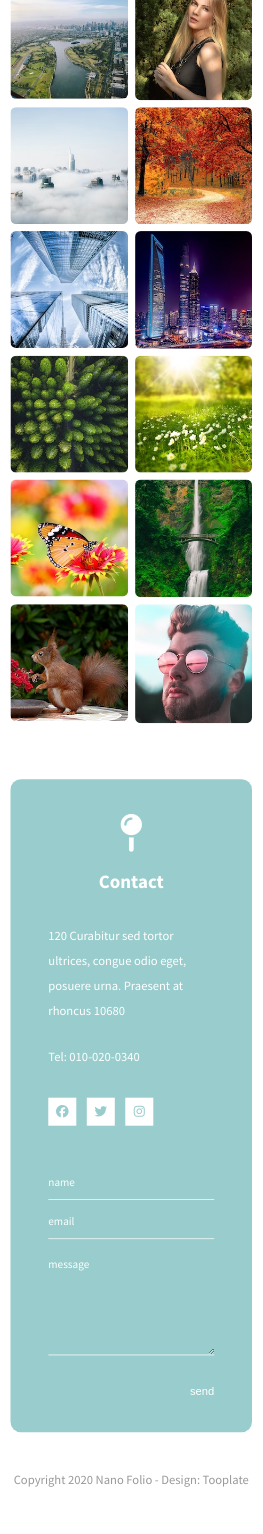
Repository: BuiVanVu102/Tooplate
Page: index.html
The author's editor kept a copy of each file at every save. The page is drawn from the files as they stood at one save, then again after the next save.
The browser window is 375 px wide. The pictures show the part of the page from y = 1573 to 3813 px (the page is 3765 px tall before and 3813 px after), at 70% of full size.
Some web libraries are served in a nearby version. The style sheet was rebuilt from its Sass, Less or Tailwind sources for each picture, by a compiler version that may differ from the author's.

Above is the page before, as saved 2021-11-17 13:47:46.

### index.html
<!DOCTYPE html>
<html lang="en">
<head>
	<meta charset="UTF-8">
	<meta http-equiv="X-UA-Compatible" content="IE=edge">
	<meta name="viewport" content="width=device-width, initial-scale=1.0">
	<link rel="preconnect" href="https://fonts.googleapis.com">
	<link rel="preconnect" href="https://fonts.gstatic.com" crossorigin>
	<link href="https://fonts.googleapis.com/css2?family=Source+Sans+Pro:wght@400;700&display=swap" rel="stylesheet">
	<link rel="stylesheet" href="./css/app.css">
	<title>Nano Folio - Live View</title>
</head>
<body>
		<div class="wrapper">
			<main>
				<section class="first">
					<div class="container">
						<div class="first__container">
							<i class="fas fa-heart fa-3x"></i>
							<h1 class="first__name">Nano Folio</h1>
						</div>
					</div>
				</section>
				<section class="about">
					<div class="container">
						<div class="about__container">
							<div class="about__heading">
								<i class="fas fa-users fa-2x"></i>
								<h2 class="about__name">
									About Us
								</h2>
							</div>
							<div class="about__desc">
								<p class="about__typography1">
									Nano Folio is simple HTML template with a minimal very light-weight custom CSS file. Max content width is 940 pixels. You can easily change the width or any part in this template. Gallery comes with a pop-up image and simple categories.
								</p>
								<p class="about__typography2">
									Please support Tooplate website by telling your friends about it. That is going to be very helpful for us. Feel free to <a rel="nofollow" href="https://www.tooplate.com/contact" target="_blank" style="color: #99FF66;">message us</a>  via email or live chat if you have anything to say.
								</p>
							</div>
						</div>
					</div>
				</section>
				<section class="show">
					<div class="container">
						<div class="show__container">
							<div class="show__header">
								<ul class="menu">
									<li class="menu__item"><a href="#!">City</a></li>
									<li class="menu__item"><a href="#!">Nature</a></li>
									<li class="menu__item"><a href="#!">Portraits</a></li>
									<li class="menu__item"><a href="#!">Show All</a></li>
								</ul>
							</div>
							<div class="show__list">
								<div class="show__img">
									<img src="./images/city-1.jpg" alt="">
								</div>
								<div class="show__img">
									<img src="./images/human-1.jpg" alt="">
								</div>
								<div class="show__img">
									<img src="./images/city-2.jpg" alt="">
								</div>
								<div class="show__img">
									<img src="./images/nature-1.jpg" alt="">
								</div>
								<div class="show__img">
									<img src="./images/city-3.jpg" alt="">
								</div>
								<div class="show__img">
									<img src="./images/city-4.jpg" alt="">
								</div>
								<div class="show__img">
									<img src="./images/nature-2.jpg" alt="">
								</div>
								<div class="show__img">
									<img src="./images/nature-3.jpg" alt="">
								</div>
								<div class="show__img">
									<img src="./images/nature-4.jpg" alt="">
								</div>
								<div class="show__img">
									<img src="./images/nature-5.jpg" alt="">
								</div>
								<div class="show__img">
									<img src="./images/nature-6.jpg" alt="">
								</div>
								<div class="show__img">
									<img src="./images/human-2.jpg" alt="">
								</div>

							</div>
						</div>
					</div>
				</section>
				<section class="form">
					<div class="container">
						<div class="form__container">
							<div class="form__submit">
								<input type="text" name="" id="" placeholder="name">
								<input type="email" name="" id="" placeholder="email">
								<textarea name="" id="" cols="30" rows="10" placeholder="message"></textarea>
								<button type="submit">send</button>
							</div>
							<div class="form__info">
								<address class="form__adress">120 Curabitur sed tortor ultrices, congue odio eget, posuere urna. Praesent at rhoncus 10680</address>
								<div class="form__phone">
									Tel: <a href="tel:0100200340" class="form__phone-link">010-020-0340</a>
								</div>
								<div class="form__network">
									<a href="https://facebook.com"><i class="fab fa-facebook"></i></a>
									<a href="https://twitter.com"><i class="fab fa-twitter"></i></a>
									<a href="https://instagram.com"><i class="fab fa-instagram"></i></a>

								</div>
							</div>
							<div class="form__contact">
								<i class="fas fa-map-pin fa-3x"></i>
								<h2 class="form__contact-text">
									Contact
								</h2>
							</div>
						</div>
					</div>
				</section>
			</main>
			<footer class="footer">
				<div class="container">
					<div class="footer__container">

					Copyright 2020 Nano Folio - Design: <a rel="sponsored" href="https://www.tooplate.com" class="footer__link">Tooplate</a>
					</div>
				</div>
			</footer>
		</div>
		<script src="https://kit.fontawesome.com/33b4a28a88.js" crossorigin="anonymous"></script>
</body>
</html>

### sass/app.scss
@import 'variable';
@import 'reset';
@import 'global';
@import 'first';
@import 'about';
@import 'show';
@import 'form';
@import 'footer';

### sass/_variable.scss
$font: 'Source Sans Pro', sans-serif;
$text-color: #ffff;
$title-color: #38cccc;

### sass/_reset.scss
html {
	box-sizing: border-box;
  }
  * {
	margin: 0;
	padding: 0;
  }
  *,
  *:before,
  *:after {
	box-sizing: border-box;
  }
  input,
  textarea,
  select,
  button {
	outline: none;
  }
  input {
	line-height: normal;
  }
  label,
  button {
	cursor: pointer;
  }
  a {
	text-decoration: none;
  }
  img {
	display: block;
	max-width: 100%;
  }

### sass/_global.scss
body {
	line-height: 2em;
	color: $font;
	font-size: 18px;
	font-family: $font;
	font-weight: 400;
	background-color: white;
	overflow-x: hidden;
}

.wrapper {
	max-width: 100%;
	margin: 0 auto;
}
.container {
	width: 100%;
	max-width: 970px;
	margin: 0 auto;
	padding: 0px 15px;
}

### sass/_first.scss
.first {
	margin-top: 60px;
	&__container{
		display: flex;
		flex-direction: column;
		justify-content: center;
		align-items: center;
		border-radius: 15px;
		max-width: 940px;
		height: 470px;
		background-color: #f96699;
		color: white;
		margin-bottom: 50px;

	}
	&__name {
		margin: 22px 0;
	}
}
.fa-hear:before {
	content: "\f004";
}

### sass/_about.scss
.about {
	margin-top: 0px;
	&__container {
		display: flex;
		// justify-content: center;
		// align-items: center
		padding: 50px 50px;
		margin-bottom: 80px;

		min-height: 482px;
		max-width: 940px;
		background-color: #38cccc;
		color: white;

		border-radius: 15px;
	}
	&__heading {
		display: flex;
		flex-direction: column;
		align-items: center;
		justify-content: center;

		// min-width: 420px;
		min-width: 50%;
		// min-height:382px;
	}
	&__name {
		margin:  22px 0;
		font-size: 1.5em;
		font-weight: bold;
	}
	&__decs {
		display: block;
		min-width: 50%;
	}
	&__typography1 {
		margin: 18px 0 40px;

		margin-block-start: 1em;
		margin-block-end: 1em;
		margin-inline-start: 0px;
		margin-inline-end: 0px;
	}
	&__typography2 {
		margin: 18px 0 0;

		margin-block-start: 1em;
		margin-block-end: 1em;
		margin-inline-start: 0px;
		margin-inline-end: 0px;
	}
}
.fa-user:before {
	content: "\f0c0";
}
@media screen and (max-width: 545px) {
	.about__container {
		display: flex;
		flex-direction: column;
	}
}

@media screen and (max-width: 375px) {

	.about__container {
		display: flex;
		flex-direction: column;

	}
}

### sass/_show.scss
.show {
	margin-bottom: 80px;
	&__container {
		display: block;
	}
	&__header {
		display: flex;
		justify-content: flex-end;
		align-items: center;
		margin-bottom: 40px;
		color: #38CCCC;
	}
	&__list {
		display: grid;
		grid-template-columns: repeat(4, 1fr);
		gap: 20px;

		position: relative;
	}
	&__img img{
		width: auto;
		height: auto;
		border-radius: 0.5rem;
	}

}

.menu {
	list-style: none;
	display: flex;
	align-items: center;
	gap:40px ;


	&__item a {
		color: inherit;
		font-size: 18px;
	}
	&__item a:focus{
		color: #f96699;
	}
}
@media screen and (max-width: 768px) {
	.show__header {
		display: flex;
		justify-content: flex-start;
	}
	.show__list {
		display: grid;
		grid-template-columns: repeat(3, 1fr);
		gap: 15px 15px;

	}
	.menu {
		margin-left: 36px;
	}

}
@media screen and (max-width: 545px) {
	.show__list {
		display: grid;
		grid-template-columns: repeat(2, 1fr);
		gap: 15px 15px;
	}
}

@media screen and (max-width: 375px) {
	.show__header {
		display: flex;

	}
	.show__list {
		display: grid;
		grid-template-columns: repeat(2, 1fr);
		gap: 10px 10px;
	}
	.show__img img{
		width: auto;
		height: auto;
	}
}

### sass/_form.scss
.form {
	margin-bottom: 50px;
	&__container {
		display: flex;
		justify-content: space-between;
		align-self: center;

		width: 100%;
		min-height: 438px;

		color: white;
		background-color: #99CCCC;

		padding: 50px 20px;

		border-radius: 15px;
	}
	&__submit {
		display: block;
		width: 40%;
	}
	&__submit  input{
		display: block;
		font-family: $font;
		font-size: 1rem;
		background: transparent;
		color: white;
		border: 0;
		border-bottom: 1px solid white;
		padding: 15px 0;
		margin-top: 5px;
		margin-bottom: 5px;
		width: 100%;
	}
	&__submit textarea {
		font-family: $font;
		font-size: 1rem;
		background:transparent;
		border: 0;
		border-bottom: 1px solid white;
		color: white;
		padding: 15px 0;
		margin: 5px 0 30px;
		max-width: 100%;
		max-height: 156px;
	}
	&__submit input:focus-visible {
		outline-offset: 0px;
		outline: -webkit-focus-color auto 1px;
		outline-color: -webkit-focus-ring-color;
		outline-style: auto;
		outline-width: 1px;
	}
	&__submit textarea:focus-visible {
		outline-offset: 0px;
		outline: -webkit-focus-ring-color auto 1px;
		outline-color: -webkit-focus-ring-color;
		outline-style: auto;
		outline-width: 1px;
	}
	&__submit button {
		display: block;

		background: none;
		color: white;
		font-size: 1rem;
		border: 0;
		cursor: pointer;
		transition: all 0.3s ease;

		margin-left: auto;
		margin-right: 0;
	}
	&__submit button:hover {
		color: black;
	}
	&__submit button:focus-visible {
		outline-offset: 0px;
		outline: -webkit-focus-ring-color auto 1px;
		outline-color: -webkit-focus-ring-color;
		outline-style: auto;
		outline-width: 1px;
	}
	&__info {
		display: block;

		width: 40%;
		padding: 20px 34px 0;
	}
	&__adress{
		display: block;
		margin-bottom: 30px;
		font-style: normal;
		font-size: 18px;

		max-width: 292px;
	}
	&__phone {
		display: block;
		margin-bottom: 40px;
		color: white;
		&-link {
			color: inherit;
			transition: all 0.3s ease;
		}
		&-link:hover {
			color: #38CCCC;
		}
	}
	&__network {
		display: flex;

	}
	&__network a {
		display: flex;
		justify-content: center;
		align-items: center;

		height: 40px;
		width: 40px;

		background-color: #ffff;
		margin-right: 15px;

		color: #99cccc;
		transition: all 0.3s ease;
	}
	&__network a:hover {
		color: #30ADAD;
	}
	&__contact {
		display: flex;
		flex-direction: column;
		align-items: center;
		justify-content: center;

		width: 20%;
		padding: 0 34px;
		&-text {
			display: block;
			margin: 22.4px;
			font-size: 1.5em;
			font-weight: bold;

		}
	}
}
::placeholder {
	color: white;

}

.fa-facebook:before {
	content: "\f09a";
}
.fa-twitter:before {
    content: "\f099";
}
.fa-instagram:before {
    content: "\f16d";
}
.fa-map-pin:before {
    content: "\f276";
}

@media screen and (max-width: 545px) {
	.form__container {
		display: flex;
		flex-direction: column-reverse;
		justify-content: center;
		align-items: center;


		width: 100%;
	}
	.form__info {
		display: block;
		width: 100%;

		padding: 20px 34px 0;
		margin-bottom: 30px;
	}
	.form__submit {
		display: block;
		width: 100%;

		padding: 20px 34px 0;
	}
	.form__submit textarea {
		width: 100%;
	}
}

@media screen and (max-width: 375px) {
	.form__container {
		display: flex;
		flex-direction: column-reverse;
		justify-content: center;
		align-items: center;
		padding: 50px 20px;
	}
	.form__info {
		display: block;
		width: 100%;

	}
	.form__submit {
		display: block;
		width: 100%;
	}
}

### sass/_footer.scss
.footer {
	margin-bottom: 60px;
	&__container {
		display: block;
		color: #999999;
		text-align: center;
	}
	&__link {
		color:#999999;
		transition: all 0.3s ease;
	}
	&__link:hover {
		color: #38CCCC;
	}

}

After the next save:
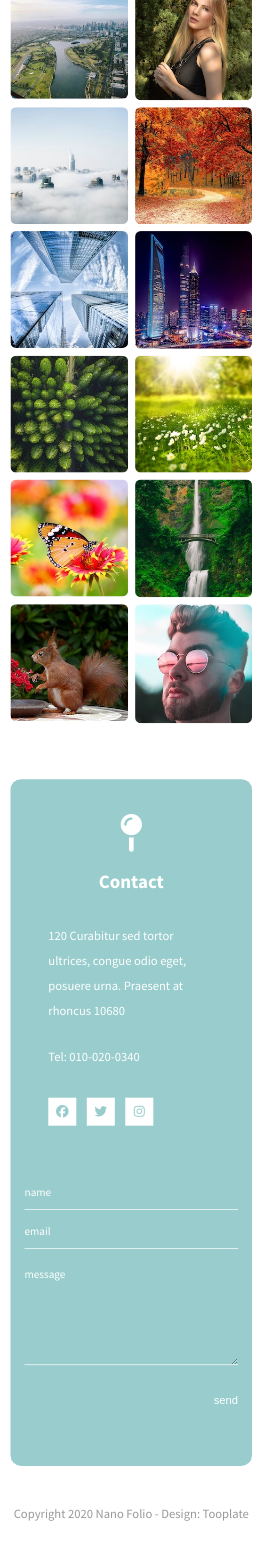
Saved 25 s later.
--- a/sass/_form.scss
+++ b/sass/_form.scss
@@ -184,7 +184,7 @@
 		display: block;
 		width: 100%;
 
-		padding: 20px 34px 0;
+		padding: 34px 0;
 	}
 	.form__submit textarea {
 		width: 100%;
